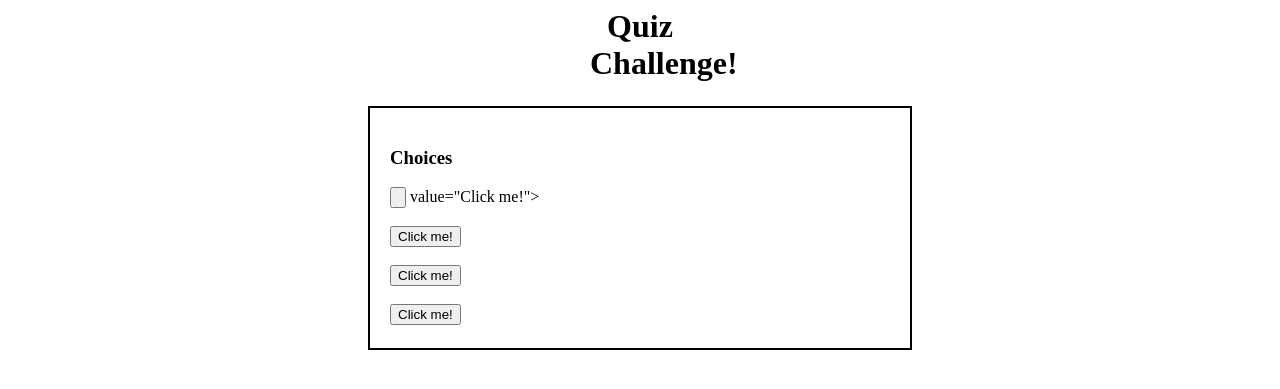
Repository: s88leigh/Quiz-Challenge
Page: index.html
These files come from the project's save history. The page is drawn as it stood at one moment and after a run of saves; the edit follows.
The browser window is 1280 px wide. The pictures show the whole page.

Above is the page before, as saved 2019-10-18 09:49:52.
Console error: ReferenceError: questionText is not defined

After the next 3 saves:
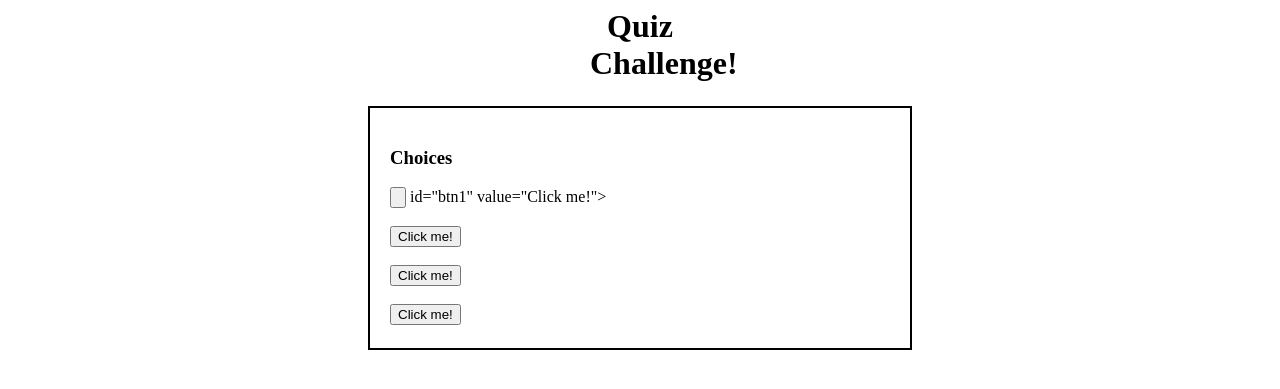
Console error: TypeError: Cannot read properties of null (reading 'addEventListener')
The 3 saves are shown as one change because they came seconds apart.
The last was saved 61 s later.
--- a/index.html
+++ b/index.html
@@ -16,7 +16,7 @@
 
             <h3>Choices</h3>
 
-            <input type="button" <span id="btn1"></span>  value="Click me!"> <br> <br>
+            <input type="button" <span> id="btn1"</span>  value="Click me!"> <br> <br>
             <input type="button" id="btn2"  value="Click me!"> <br> <br>
             <input type="button" id="btn3"  value="Click me!"> <br> <br>
             <input type="button" id="btn4"  value="Click me!">

After the save that followed:
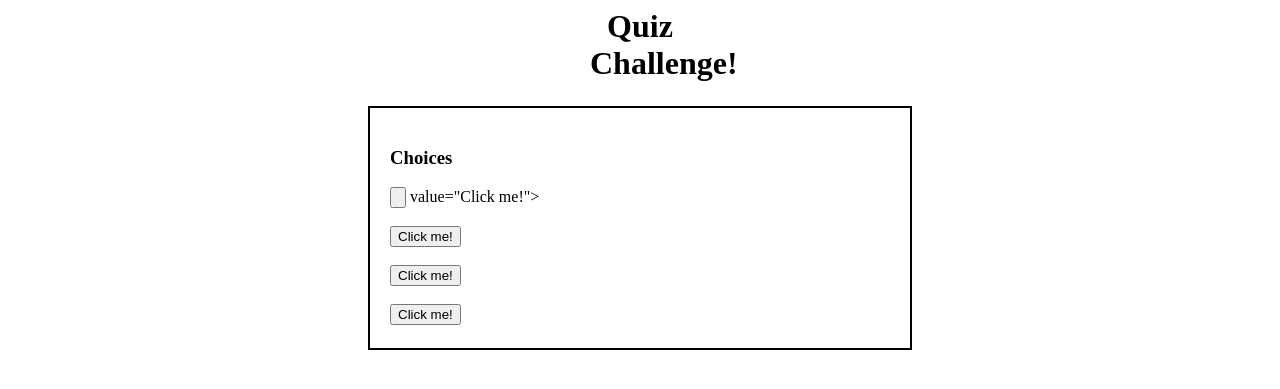
Console error: ReferenceError: questionText is not defined
Saved 8 min 27 s later.
--- a/index.html
+++ b/index.html
@@ -16,7 +16,7 @@
 
             <h3>Choices</h3>
 
-            <input type="button" <span> id="btn1"</span>  value="Click me!"> <br> <br>
+            <input type="button" <span id="btn1"</span>  value="Click me!"> <br> <br>
             <input type="button" id="btn2"  value="Click me!"> <br> <br>
             <input type="button" id="btn3"  value="Click me!"> <br> <br>
             <input type="button" id="btn4"  value="Click me!">
